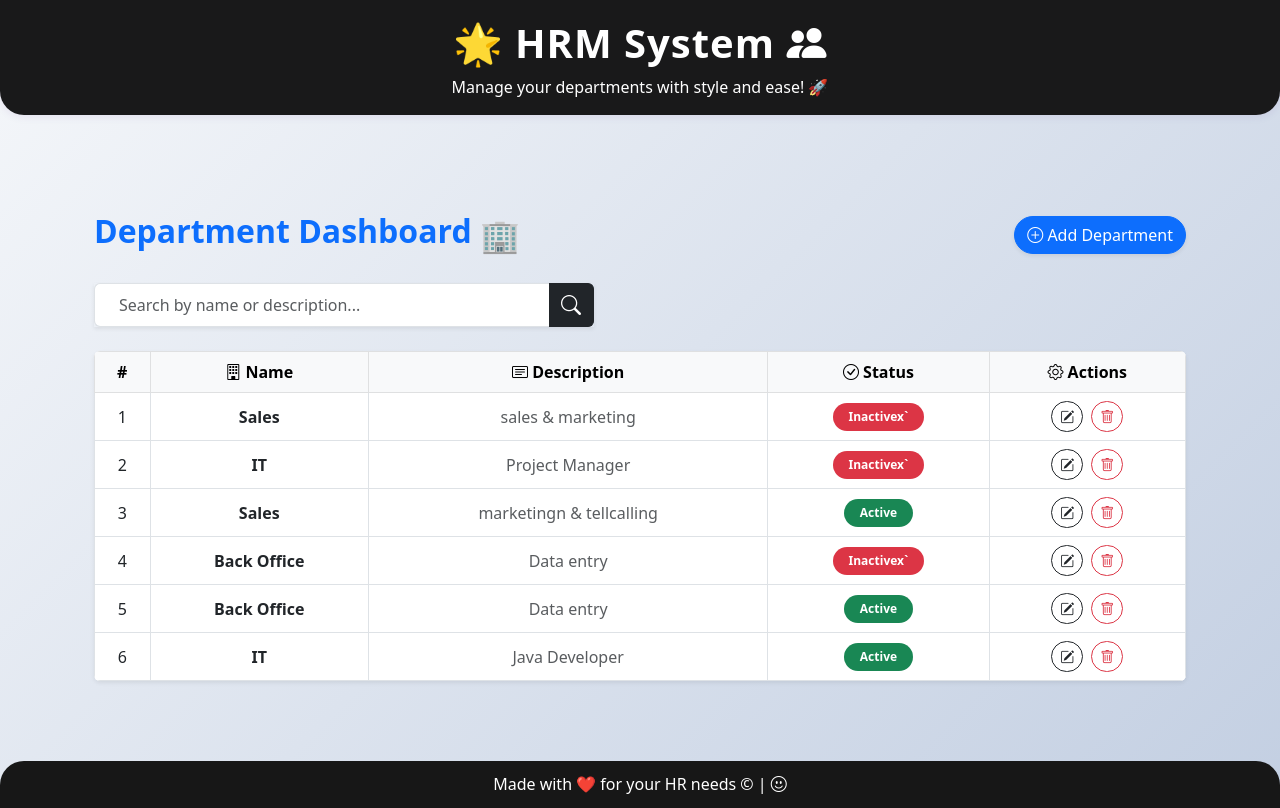
Repository: rtrupti09/HRMS
Page: http://localhost/departments/
An editor plug-in stored every save of this project. The page is shown before and after the next save, followed by the edit.
The browser window is 1280 px wide. The pictures show the whole page.
The page is served by the project's application, run on Django 5.2 (hrm_system/manage.py). The first stored user is signed in. The page reads the database file committed with the project.

Above is the page before, as saved 2025-06-22 15:53:21.

After the next save:
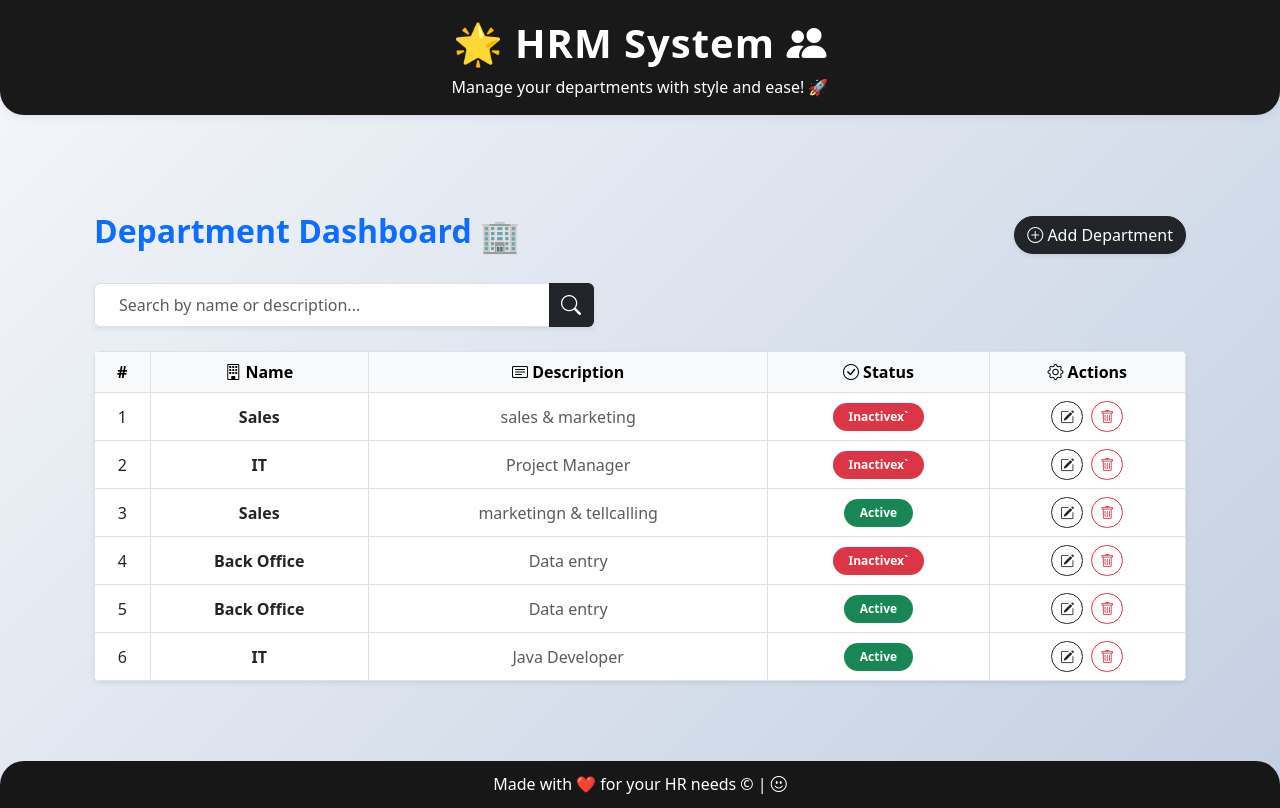
Saved 33 s later.
--- a/hrm_system/templates/department/dashboard.html
+++ b/hrm_system/templates/department/dashboard.html
@@ -12,7 +12,7 @@
             <h2 class="me-2 text-primary fw-bold">Department Dashboard</h2>
             <span class="fs-2">🏢</span>
         </div>
-        <a href="{% url 'add_department' %}" class="btn btn-primary shadow-sm" style="border-radius: 30px;">
+        <a href="{% url 'add_department' %}" class="btn btn-dark shadow-sm" style="border-radius: 30px;">
             <i class="bi bi-plus-circle"></i> Add Department
         </a>
     </div>
